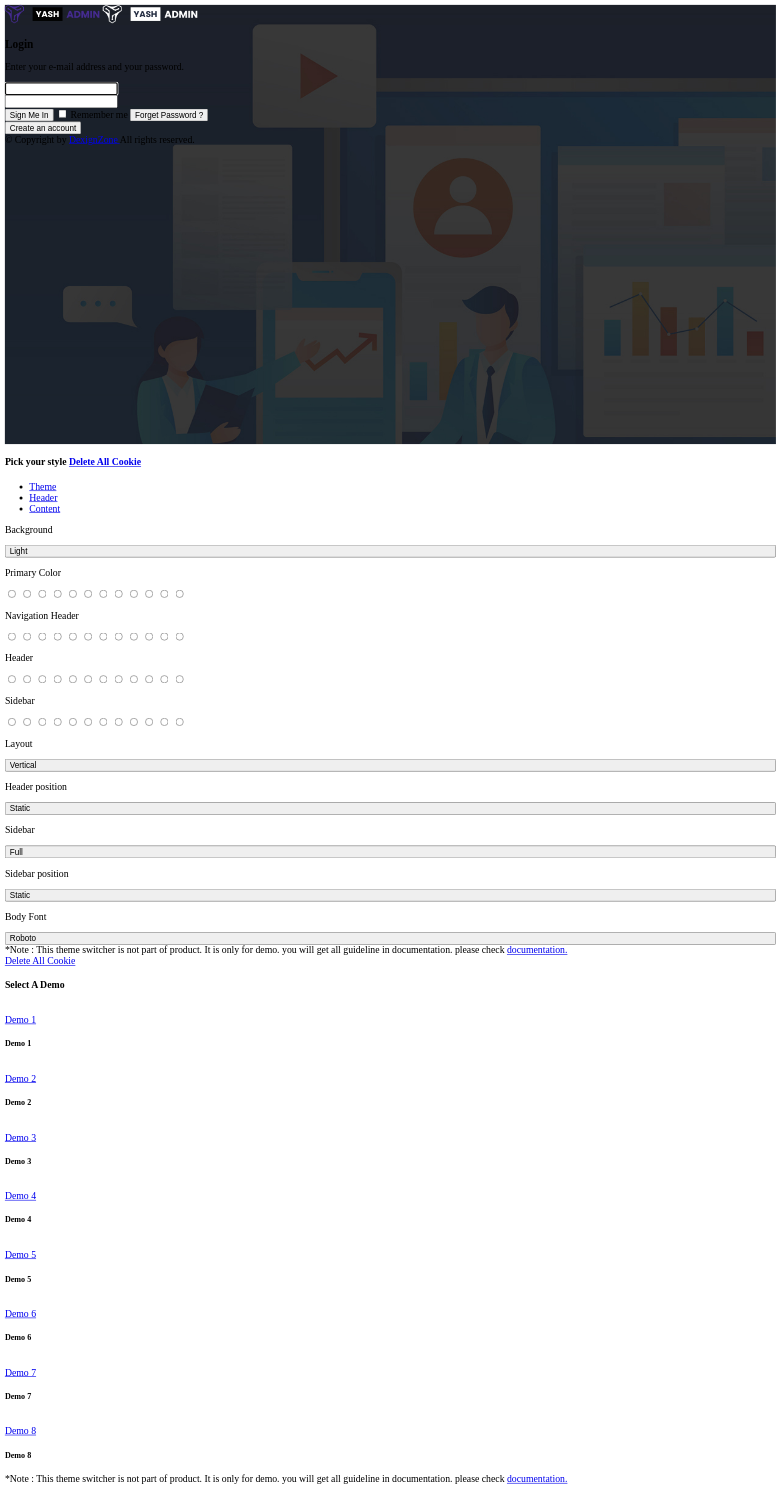
Repository: greatchriz/shipery
Page: http://localhost/login
These files come from the project's save history. The page is drawn as it stood at one moment and after the next save; the edit follows.
The browser window is 1280 px wide. The pictures show the whole page, at 61% of full size.
The page is served by the project's Laravel application, run on PHP 8.4 with Laravel 10.

Above is the page before, as saved 2024-01-27 17:00:02.

After the next save:
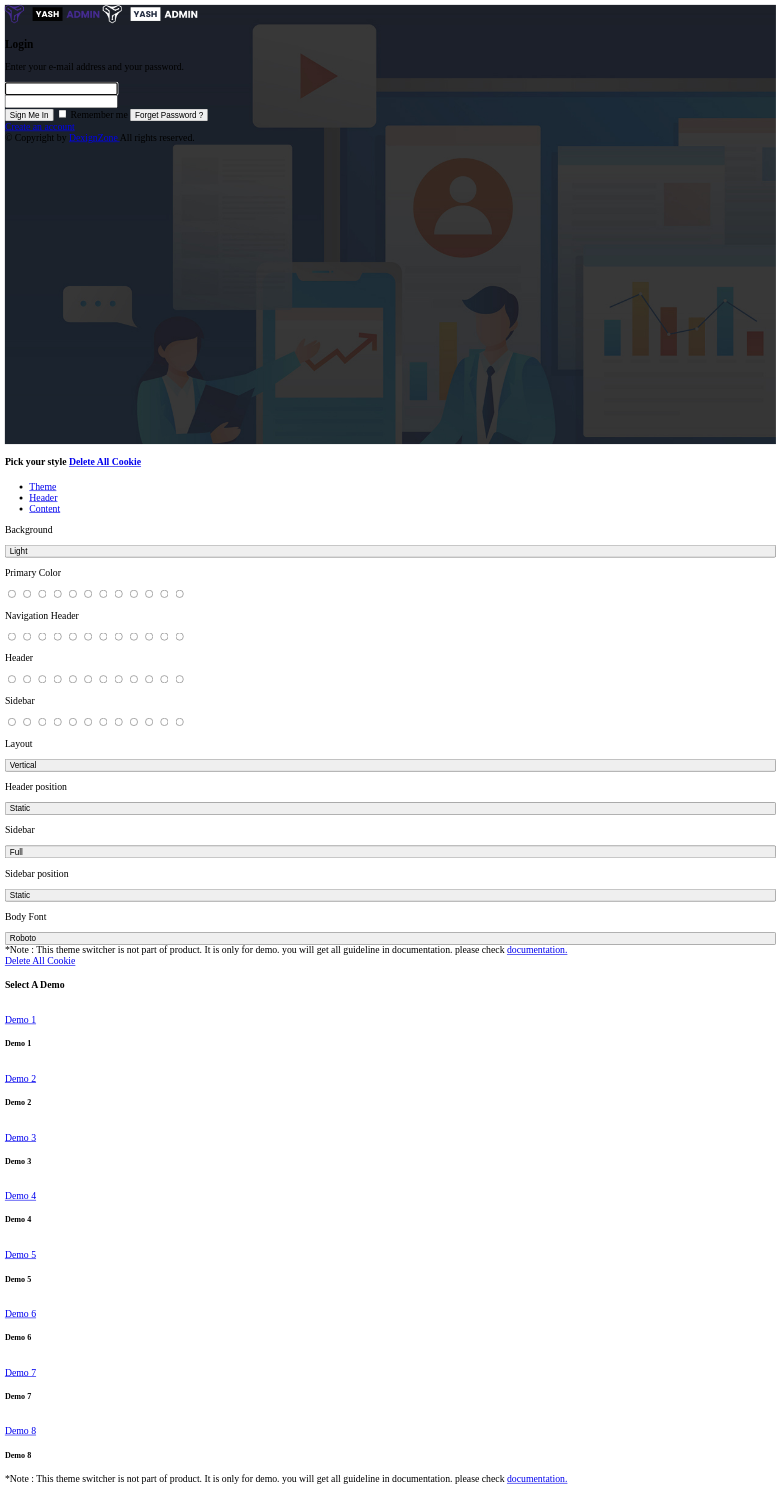
Saved 61 s later.
--- a/resources/views/auth/login.blade.php
+++ b/resources/views/auth/login.blade.php
@@ -39,7 +39,7 @@
 
         </form>
         <div class="text-center bottom">
-            <button class="btn btn-primary button-md btn-block" id="nav-sign-tab" data-bs-toggle="tab" data-bs-target="#nav-sign" type="button" role="tab" aria-controls="nav-sign" aria-selected="false">Create an account</button>
+            <a href="{{ route('register') }}" class="btn btn-primary button-md btn-block">Create an account</a>
 
         </div>
   </div>
